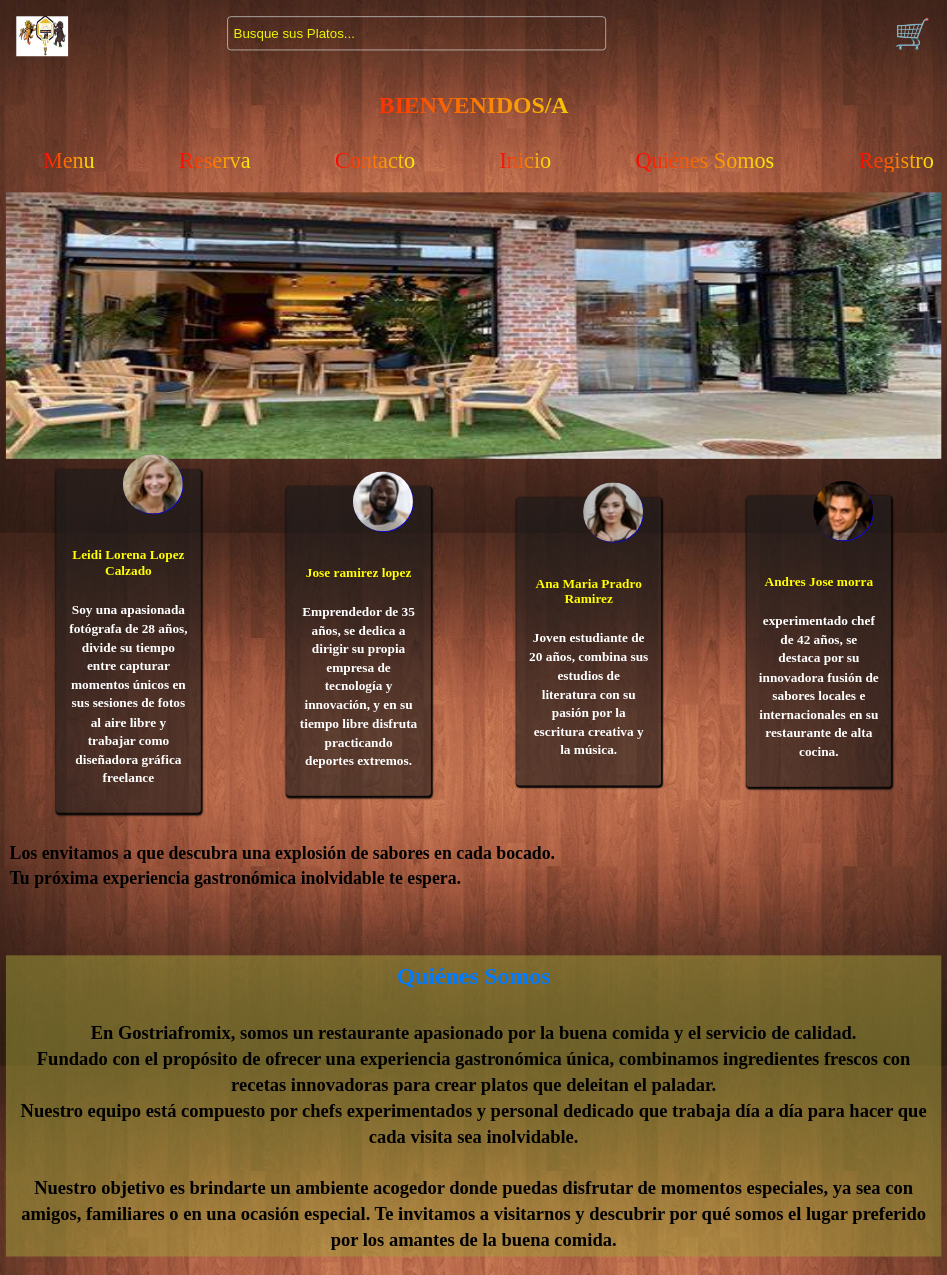
Repository: ye909/app_restaurante
Page: index.html
The author's editor kept a copy of each file at every save. The page is drawn from the files as they stood at one save, then again after the next save.
The browser window is 1280 px wide. The pictures show the whole page, at 74% of full size.
Backgrounds fixed to the window are drawn as part of the page.

Above is the page before, as saved 2025-01-12 07:36:46.
Console error: ReferenceError: menuItems is not defined

After the next save:
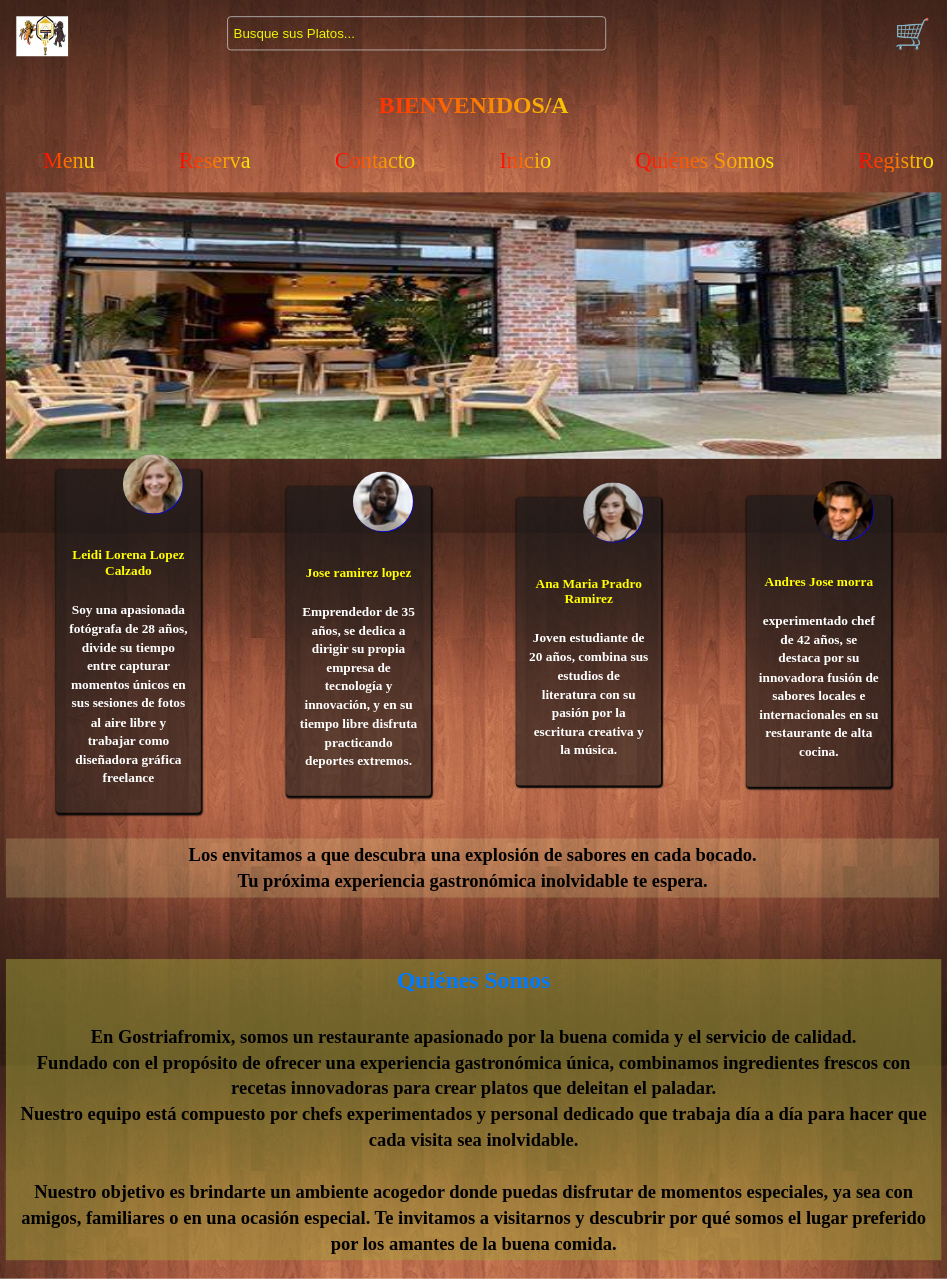
Saved 29 s later.
--- a/css/menu_principal.css
+++ b/css/menu_principal.css
@@ -46,6 +46,13 @@ html {
   h3 {
     color: yellow;
   }
+  .text_invitacion {
+    font-size: 25px;
+    line-height: 1.4;
+    width: 99%;
+    text-align: center;
+    background: rgba(232, 232, 157, 0.2);
+  }
 /*
 
 
@@ -66,11 +73,5 @@ html {
     line-height: 1.4;
   }
 
-  .text_invitacion {
-    font-size: 25px;
-    line-height: 1.4;
-    width: 99%;
-    text-align: center;
-    background: rgba(232, 232, 157, 0.2);
-  }
+
    */
